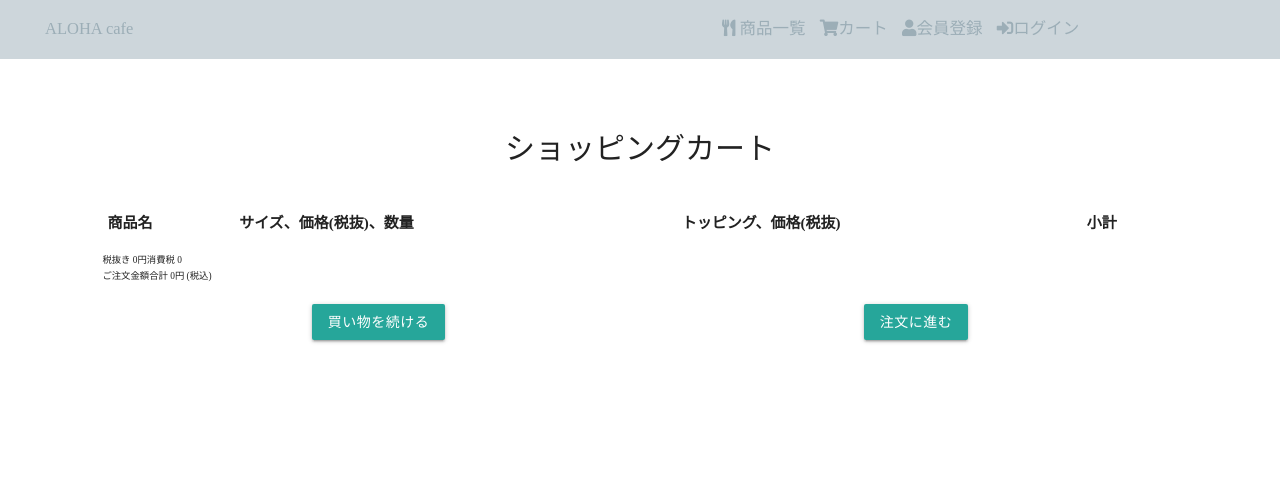
Repository: Mei-K/ec-v3
Page: /cartList
An editor plug-in stored every save of this project. The page is shown before and after the next save, followed by the edit.
The browser window is 1280 px wide. The pictures show the whole page.
Some web fonts or font styles are not loaded; a fallback is used. Some web libraries are served in a nearby version. The project was rebuilt for these pictures with package versions that can differ from the ones it lists, and the page was loaded fresh each time. Also part of the build but not shown: vue.config.js, src/components/HeaderModal.vue.

Above is the page before, as saved 2021-12-17 15:29:45.

After the next save:
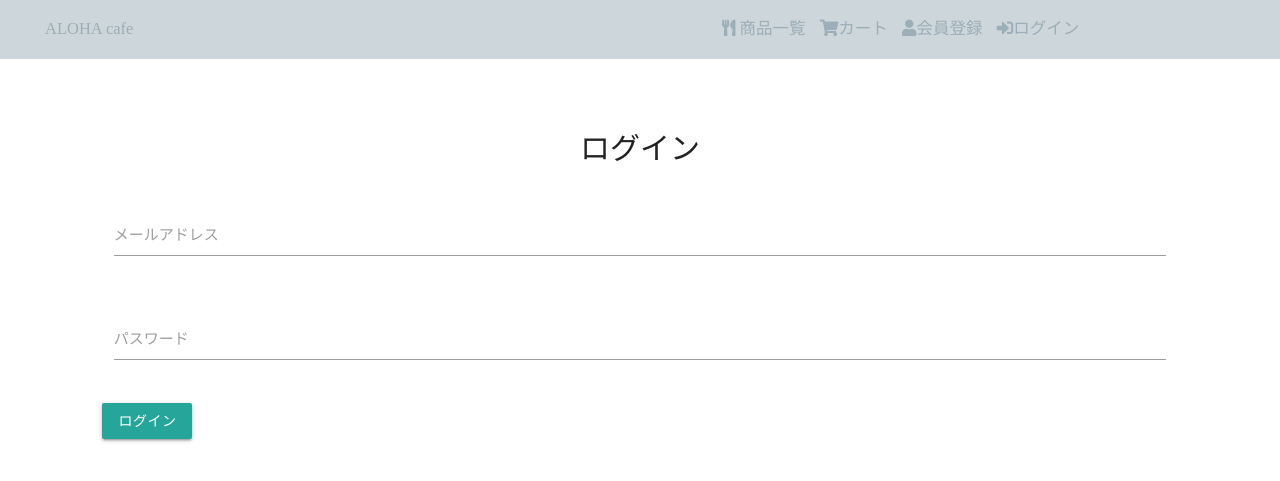
Saved 2 min 49 s later.
--- a/src/views/cartList.vue
+++ b/src/views/cartList.vue
@@ -4,7 +4,7 @@
       <!-- table -->
       <div class="row">
         <h1>ショッピングカート</h1>
-        <CartList></CartList>
+        <CartList v-on:totalPrice="orderConfirm()"></CartList>
         <ul class="button-container">
           <li class="row item-list-btn">
             <button class="btn" type="button" v-on:click="returnItemList()">

After the save that followed:
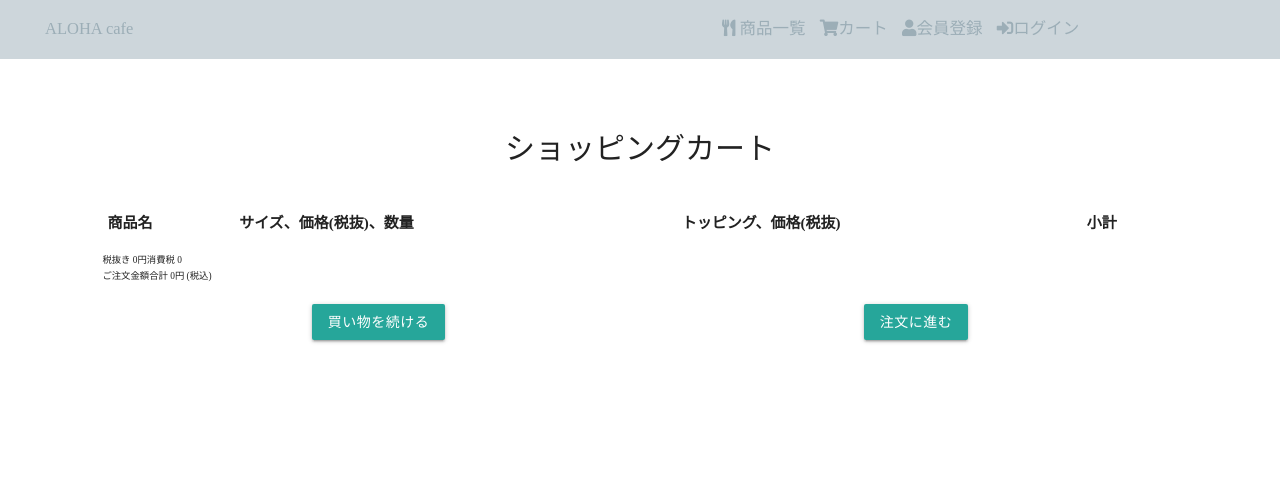
Saved 2 min 23 s later.
--- a/src/views/cartList.vue
+++ b/src/views/cartList.vue
@@ -4,7 +4,7 @@
       <!-- table -->
       <div class="row">
         <h1>ショッピングカート</h1>
-        <CartList v-on:totalPrice="orderConfirm()"></CartList>
+        <CartList v-on:totalPrice=""></CartList>
         <ul class="button-container">
           <li class="row item-list-btn">
             <button class="btn" type="button" v-on:click="returnItemList()">
@@ -40,6 +40,9 @@
 
     //追加された商品の格納場所
     let cartList = ref(Array<orderItem>());
+
+    //cartListComp(子コンポーネント)から税込合計金額を受けと得る
+    let getcalcTotalPricePlusTax = ref("");
 
     /**
      * カートリストの中身を常に表示させる
